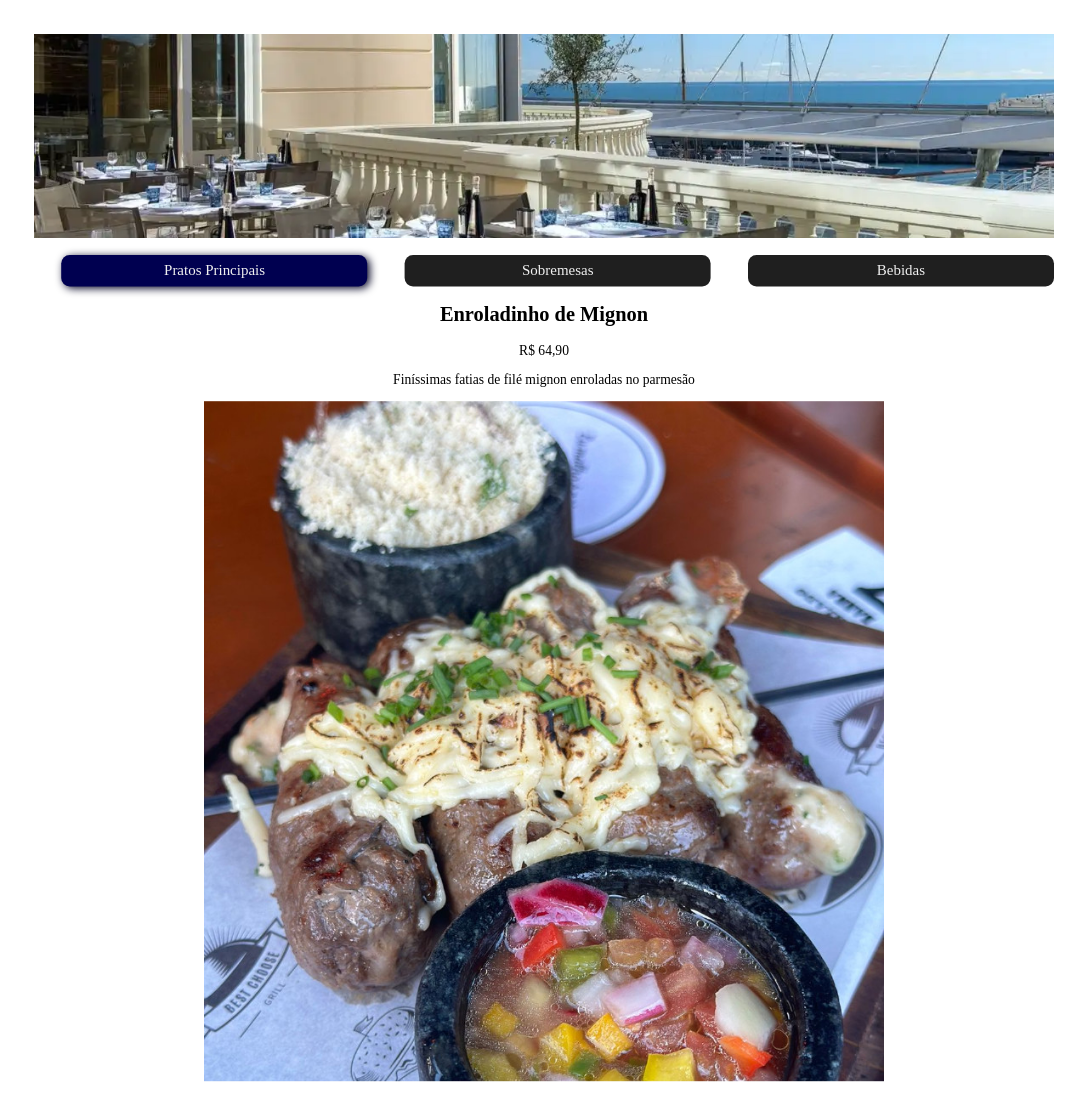
Repository: CarlosEduardoVdeOliveira/cardapio
Page: /
These files come from the project's save history. The page is drawn as it stood at one moment and after the next save; the edit follows.
The browser window is 1280 px wide. The pictures show the whole page, at 85% of full size.
The project was rebuilt for these pictures with package versions that can differ from the ones it lists, and the page was loaded fresh each time. Also part of the build but not shown: vite.config.js.

Above is the page before, as saved 2024-02-02 14:40:05.

### src/App.jsx
import "./App.css"
import { Navegacao } from "./Navegacao"
import banner from "./assets/hashtaurante.webp"
import { ItemCardapio } from "./itemCardapio"

export function App() {
  return (
    <>
      <img className="capa" src={banner} alt="imagem do restaurante em Monaco, França, em frente ao mar" />
      <Navegacao />
      <ItemCardapio/>
    </>
  )
}

### src/Navegacao.jsx

export function Navegacao() {
  return (
    <div className="navegacao">
      <input type="radio" name="opcao-pagina" id="pagina-0" defaultChecked />
      <label htmlFor="pagina-0">Pratos Principais</label>
      <input type="radio" name="opcao-pagina" id="pagina-1" />
      <label htmlFor="pagina-1">Sobremesas</label>
      <input type="radio" name="opcao-pagina" id="pagina-2" />
      <label htmlFor="pagina-2">Bebidas</label>
    </div>
  )
}

### src/itemCardapio.jsx
import {enroladinhoMignon} from "./cardapio"
export function ItemCardapio(){
  return (
    <div>
      <div>
        <h2>{enroladinhoMignon.nome}</h2>
        <p>{enroladinhoMignon.preco}</p>
        <p>{enroladinhoMignon.descricao}</p>
      </div>
      <img src={enroladinhoMignon.imagem} alt={enroladinhoMignon.descricao} />
    </div>
  )
}

### src/cardapio.js
import enroladinhoMignonImg from './assets/pratos/enroladinho-mignon.jpeg';
import casal20Img from './assets/pratos/casal-20.jpeg';
import burguerPicanhaImg from './assets/pratos/burguer-picanha.jpeg';
import fishChipsImg from './assets/pratos/fish-chips.jpeg';
import risotoCamaraoTrufadoImg from './assets/pratos/risoto-camarao-trufado.jpeg';

import brownieImg from './assets/sobremesas/brownie.jpeg';
import cocadaFornoImg from './assets/sobremesas/cocada-forno.jpeg';
import petitGateauImg from './assets/sobremesas/petit-gateau.jpeg';

import aguaSemGasImg from './assets/bebidas/agua-sem-gas.jpeg';
import aguaComGasImg from './assets/bebidas/agua-com-gas.jpeg';
import cocaColaImg from './assets/bebidas/coca-cola.jpeg';
import guaranaImg from './assets/bebidas/guarana.jpeg';
import heinekenImg from './assets/bebidas/heineken.jpeg';

export const enroladinhoMignon = {
  nome: 'Enroladinho de Mignon',
  preco: 'R$ 64,90',
  imagem: enroladinhoMignonImg,
  descricao: 'Finíssimas fatias de filé mignon enroladas no parmesão',
};
const casal20 = {
  nome: 'Casal 20',
  preco: 'R$ 29,00',
  imagem: casal20Img,
  descricao: 'Casal perfeito pão de alho caseiro e linguiça toscana grill',
};
const burguerPicanha = {
  nome: 'Burguer de Picanha',
  preco: 'R$ 44,90',
  imagem: burguerPicanhaImg,
  descricao:
    'Burguer de Picanha Angus, Queijo Cheddar, Crisp de Cebola e Geléia de Bacon',
};
const fishChips = {
  nome: 'Fish and Chips',
  preco: 'R$ 79,90',
  imagem: fishChipsImg,
  descricao:
    'Iscas de Peixe Empanada na Farinha Panko e Flocos de Milho e Batata Frita Palito',
};
const risotoCamaraoTrufado = {
  nome: 'Risoto de Camarão Trufado',
  preco: 'R$ 72,90',
  imagem: risotoCamaraoTrufadoImg,
  descricao:
    'Arroz Arbóreo, camarões salteados no azeite trufado e crocantes de panko',
};

const brownie = {
  nome: 'Brownie',
  preco: 'R$ 32,90',
  imagem: brownieImg,
  descricao:
    'Delicioso brownie caseiro, sorvete de creme, calda quente de chocolate',
};
const cocadaForno = {
  nome: 'Cocada de Forno',
  preco: 'R$ 32,90',
  imagem: cocadaFornoImg,
  descricao:
    'Cremosa cocada de coco torrado, doce de leite argentino e sorvete de creme',
};
const petitGateau = {
  nome: 'Petit Gateau',
  preco: 'R$ 34,90',
  imagem: petitGateauImg,
  descricao:
    'Bolo quente recheado com ganache de chocolate, leite condensado e castanha de caju',
};

const aguaSemGas = {
  nome: 'Água sem gás',
  preco: 'R$ 6,90',
  imagem: aguaSemGasImg,
  descricao: '310ml',
};
const aguaComGas = {
  nome: 'Água com gás',
  preco: 'R$ 7,90',
  imagem: aguaComGasImg,
  descricao: '310ml',
};
const cocaCola = {
  nome: 'Coca-Cola',
  preco: 'R$ 7,90',
  imagem: cocaColaImg,
  descricao: '290ml',
};
const guarana = {
  nome: 'Guaraná Antártica',
  preco: 'R$ 7,90',
  imagem: guaranaImg,
  descricao: '350ml',
};
const heineken = {
  nome: 'Heineken',
  preco: 'R$ 15,90',
  imagem: heinekenImg,
  descricao: '355ml',
};

export const pratosPrincipais = [
  burguerPicanha,
  enroladinhoMignon,
  casal20,
  fishChips,
  risotoCamaraoTrufado,
];

export const sobremesas = [brownie, cocadaForno, petitGateau];

export const bebidas = [aguaSemGas, aguaComGas, cocaCola, guarana, heineken];

Loaded but not shown: index.html (common file); src/main.jsx (common file); src/App.css (common file)

After the next save:
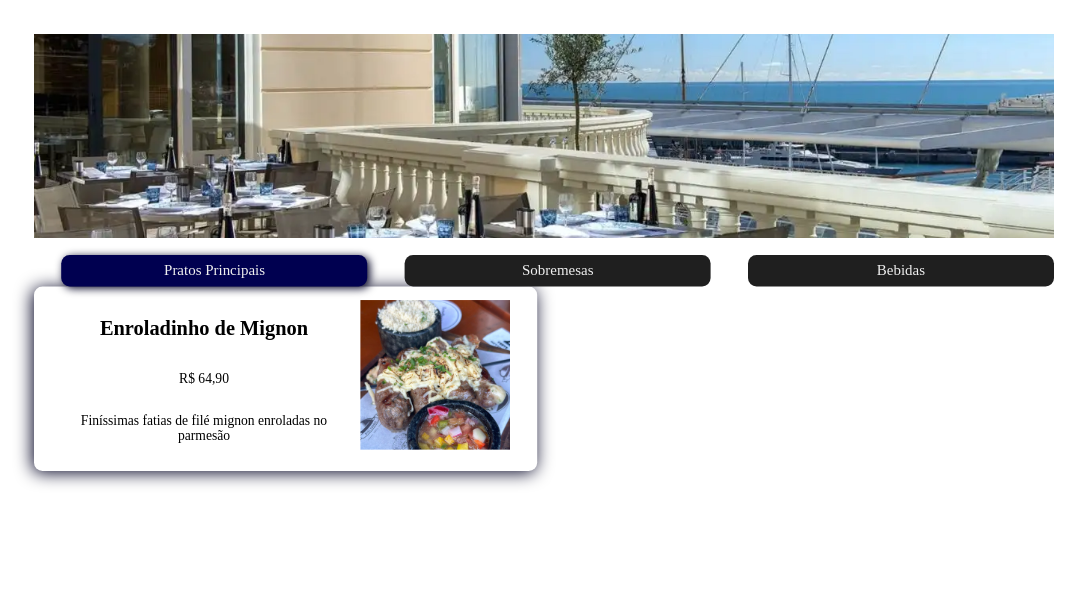
Saved 61 s later.
--- a/src/itemCardapio.jsx
+++ b/src/itemCardapio.jsx
@@ -1,7 +1,7 @@
 import {enroladinhoMignon} from "./cardapio"
 export function ItemCardapio(){
   return (
-    <div>
+    <div className="container-item-cardapio">
       <div>
         <h2>{enroladinhoMignon.nome}</h2>
         <p>{enroladinhoMignon.preco}</p>
